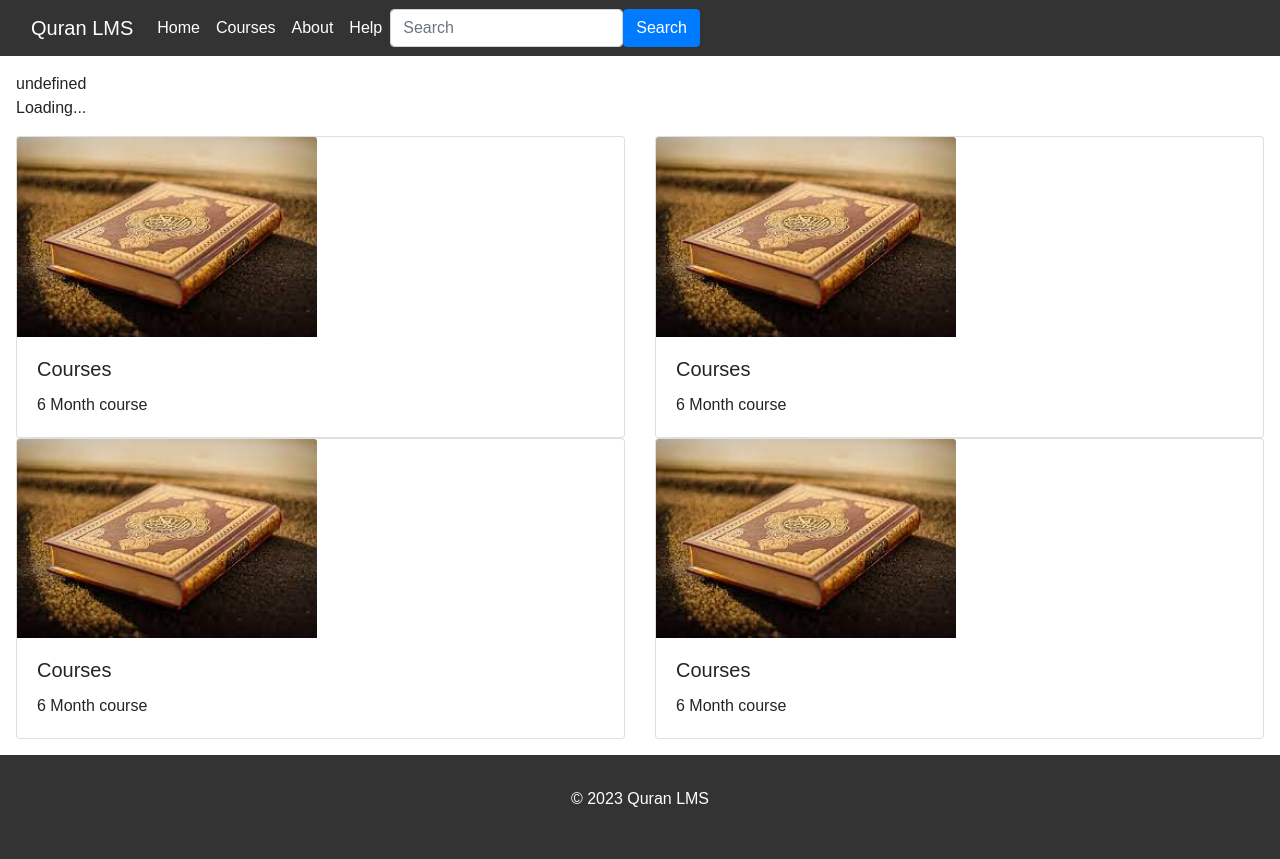
Repository: talha-mahmood/Quran-Lms-react
Page: / (app in client/)
The author's editor kept a copy of each file at every save. The page is drawn from the files as they stood at one save, then again after a run of saves.
The browser window is 1280 px wide. The pictures show the whole page.
The page's requests for data from a server got no answer. The project was rebuilt for these pictures with package versions that can differ from the ones it lists, and the page was loaded fresh each time. No one was signed in, and anything a server would have sent is missing. Also part of the build but not shown: client/src/Layout.js, client/src/components/pages/About.js, client/src/components/pages/Courses.js, client/src/components/pages/Help.js.

Above is the page before, as saved 2023-03-14 21:46:36.

### client/public/index.html
<!DOCTYPE html>
<html lang="en">
  <head>
    <meta charset="utf-8" />
    <link rel="icon" href="%PUBLIC_URL%/favicon.ico" />
    <meta name="viewport" content="width=device-width, initial-scale=1" />
    <meta name="theme-color" content="#000000" />
    <meta
      name="description"
      content="Web site created using create-react-app"
    />

    <link rel="apple-touch-icon" href="%PUBLIC_URL%/logo192.png" />
    <link rel="stylesheet" href="https://cdn.jsdelivr.net/npm/bootstrap@4.4.1/dist/css/bootstrap.min.css" integrity="sha384-Vkoo8x4CGsO3+Hhxv8T/Q5PaXtkKtu6ug5TOeNV6gBiFeWPGFN9MuhOf23Q9Ifjh" crossorigin="anonymous">
    <script src="https://code.jquery.com/jquery-3.4.1.slim.min.js" integrity="sha384-J6qa4849blE2+poT4WnyKhv5vZF5SrPo0iEjwBvKU7imGFAV0wwj1yYfoRSJoZ+n" crossorigin="anonymous"></script>
   <script src="https://cdn.jsdelivr.net/npm/popper.js@1.16.0/dist/umd/popper.min.js" integrity="sha384-Q6E9RHvbIyZFJoft+2mJbHaEWldlvI9IOYy5n3zV9zzTtmI3UksdQRVvoxMfooAo" crossorigin="anonymous"></script>
   <script src="https://cdn.jsdelivr.net/npm/bootstrap@4.4.1/dist/js/bootstrap.min.js" integrity="sha384-wfSDF2E50Y2D1uUdj0O3uMBJnjuUD4Ih7YwaYd1iqfktj0Uod8GCExl3Og8ifwB6" crossorigin="anonymous"></script>
    <!--
      manifest.json provides metadata used when your web app is installed on a
      user's mobile device or desktop. See https://developers.google.com/web/fundamentals/web-app-manifest/
    -->
    <link rel="manifest" href="%PUBLIC_URL%/manifest.json" />
    <!--
      Notice the use of %PUBLIC_URL% in the tags above.
      It will be replaced with the URL of the `public` folder during the build.
      Only files inside the `public` folder can be referenced from the HTML.

      Unlike "/favicon.ico" or "favicon.ico", "%PUBLIC_URL%/favicon.ico" will
      work correctly both with client-side routing and a non-root public URL.
      Learn how to configure a non-root public URL by running `npm run build`.
    -->
    <title>React App</title>
  </head>
  <body>
    <noscript>You need to enable JavaScript to run this app.</noscript>
    <div id="root"></div>

    <!--
      This HTML file is a template.
      If you open it directly in the browser, you will see an empty page.

      You can add webfonts, meta tags, or analytics to this file.
      The build step will place the bundled scripts into the <body> tag.

      To begin the development, run `npm start` or `yarn start`.
      To create a production bundle, use `npm run build` or `yarn build`.
    -->
  </body>
</html>

### client/src/index.js
import React from 'react';
import ReactDOM from 'react-dom/client';
import './index.css';
import App from './App';
import reportWebVitals from './reportWebVitals';
import { BrowserRouter, Routes,  Route } from 'react-router-dom';
import './App.css';
import Navigation from './components/layout/Navigation';
import Layout from './Layout';
import About from './components/pages/About';
import Courses from './components/pages/Courses';
import Help from './components/pages/Help';
import Myfooter from './components/layout/Myfooter';
const root = ReactDOM.createRoot(document.getElementById('root'));
root.render(
  <React.StrictMode>
    <BrowserRouter>
    <Navigation/>

      <Routes>

        <Route path='/App' element={<App />} />
        <Route path='/About' element={<About/>} />
        <Route path='/Courses' element={<Courses/>} />
        <Route path='/Help' element={<Help/>} />
        <Route path='/' element={<App />} />
      </Routes>
      <div>
      <footer>
      <Myfooter/>
      </footer>
      </div>
    </BrowserRouter>
  </React.StrictMode>
);

// If you want to start measuring performance in your app, pass a function
// to log results (for example: reportWebVitals(console.log))
// or send to an analytics endpoint. Learn more: https://bit.ly/CRA-vitals
reportWebVitals();

### client/src/App.js
import './App.css';
import React, { useState, useEffect } from "react";
import Cards from './components/layout/Cards'

function QuranLMS() {
  const [verses, setVerses] = useState([]);
  const [isLoading, setIsLoading] = useState(true);
  const[backendData,setBackendData]=useState([{}])

  useEffect(() => {
    async function fetchData() {
      const response = await fetch(
        "https://api.quran.com/api/v4/quran/verses/uthmani?chapter_number=1"
      );
      const data = await response.json();
      setVerses(data.verses);
      setIsLoading(false);
    }
    fetchData();
  }, []);

  useEffect(()=>{
    fetch("./api").then(
      response=>response.json()
    ).then(
      data=>{
        setBackendData(data)
      }
    )
  },[])
  return (
    <div>

      <main>
       {(typeof backendData.users)}

        {isLoading ? (
          <p>Loading...</p>
        ) : (
          verses.map((verse) => <p key={verse.id}>{verse.text_uthmani}</p>)
        )}
        <div>
          <Cards />
        </div>
      </main>
    </div>
  );
}

export default QuranLMS;

### client/src/App.css
body {
  font-family: Arial, sans-serif;
  margin: 0;

}

/* header {
  background-color: #333;
  color: #fff;
  padding: 1em;
} */

header h1 {
  margin: 0;
}

main {
  padding: 1em;
}

footer {
  background-color: #333;
  color: #fff;
  padding: 1em;
  text-align: center;
}
img{
  max-height:200px;
  max-width:300px;
}
#navbarScrollingDropdown{
  color:white;
}

nav {

  background-color: #333;

}

### client/src/components/layout/Navigation.js
import React from 'react'
import Button from 'react-bootstrap/Button';
import Container from 'react-bootstrap/Container';
import Form from 'react-bootstrap/Form';
import Nav from 'react-bootstrap/Nav';
import Navbar from 'react-bootstrap/Navbar';
import NavDropdown from 'react-bootstrap/NavDropdown';

const Navigation=()=>{
    return(
        <Navbar bg="" expand="lg" >
        <Container fluid>
          <Navbar.Brand href="#" style={{ color: 'white' }}>Quran LMS</Navbar.Brand>
          <Navbar.Toggle aria-controls="navbarScroll" />
          <Navbar.Collapse id="navbarScroll">
            <Nav
              className="me-auto my-2 my-lg-0"
              style={{ maxHeight: '100px' }}
              navbarScroll
            >
              <Nav.Link href="/App" style={{ color: 'white' }}>Home</Nav.Link>
              <Nav.Link href="/Courses"style={{ color: 'white' }}>Courses</Nav.Link>

              <Nav.Link href='/About' style={{ color: 'white' }}>
                About
              </Nav.Link>

              <Nav.Link href='/Help' style={{ color: 'white' }}>
                Help
              </Nav.Link>
            </Nav>
            <Form className="d-flex">
              <Form.Control
                type="search"
                placeholder="Search"
                className="me-2"
                aria-label="Search"
              />
              <Button variant="primary">Search</Button>
            </Form>
          </Navbar.Collapse>
        </Container>
      </Navbar>
    )
}
export default Navigation

### client/src/components/layout/Myfooter.js
import React from 'react'

export default function Myfooter() {
  return (
    <div>
      <footer>
          <p>&copy; 2023 Quran LMS</p>
        </footer>
    </div>
  )
}

### client/src/components/layout/Cards.js
import React from 'react'
import Card from 'react-bootstrap/Card';
import Col from 'react-bootstrap/Col';
import Row from 'react-bootstrap/Row';
import myimg from './download.jpeg'
const Cards=()=>{
    return(
        <Row xs={1} md={2} className="g-4">
        {Array.from({ length: 4 }).map((_, idx) => (
          <Col>
            <Card>
              <Card.Img variant="top" src={myimg} />

              <Card.Body>
                <Card.Title>Courses</Card.Title>
                <Card.Text>
                  6 Month course
                </Card.Text>
              </Card.Body>
            </Card>
          </Col>
        ))}
      </Row>
    )
}
export default Cards

Loaded but not shown: client/src/index.css (common file); client/src/reportWebVitals.js (common file)

After the next 2 saves:
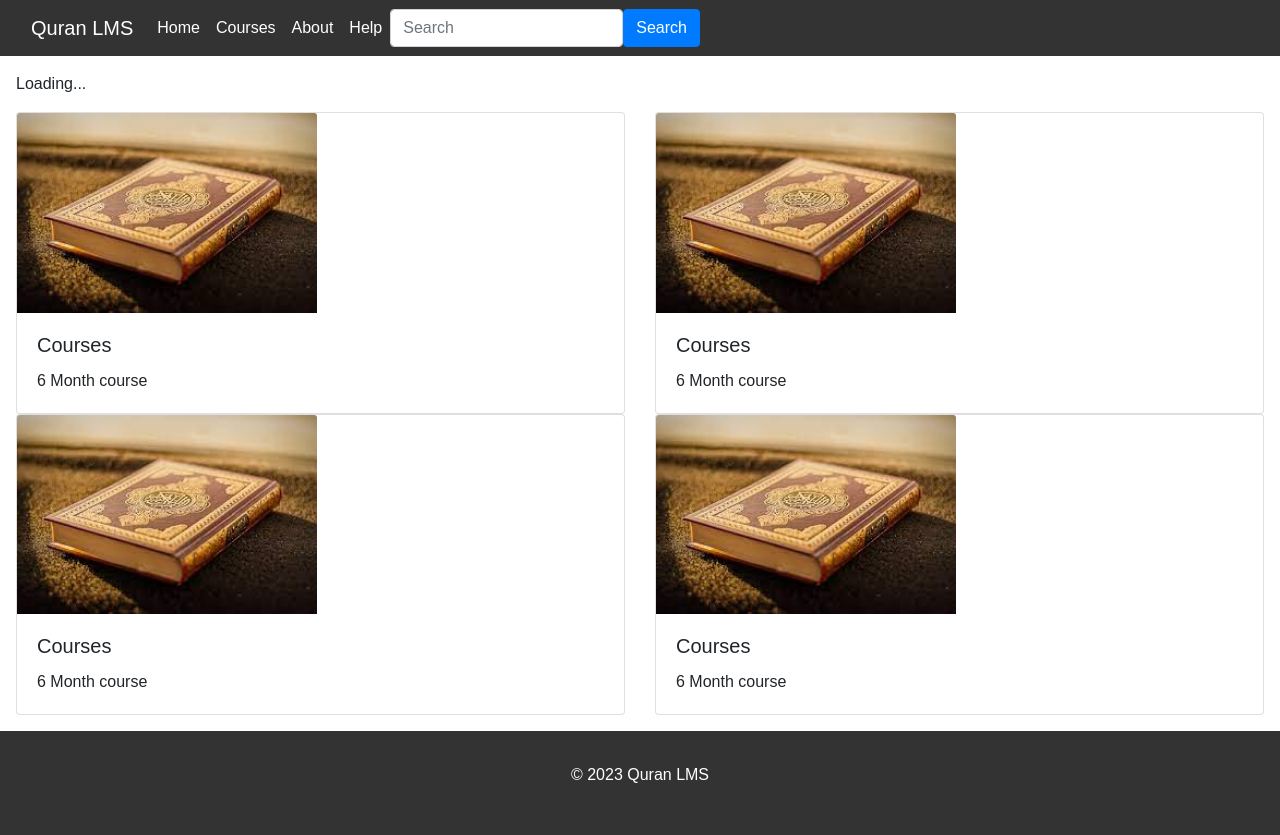
The 2 saves are shown as one change because they came seconds apart.
The last was saved 9 s later.
--- a/client/src/App.js
+++ b/client/src/App.js
@@ -32,7 +32,7 @@ function QuranLMS() {
     <div>
 
       <main>
-       {(typeof backendData.users)}
+       {(typeof backendData.users==="")}
 
         {isLoading ? (
           <p>Loading...</p>
